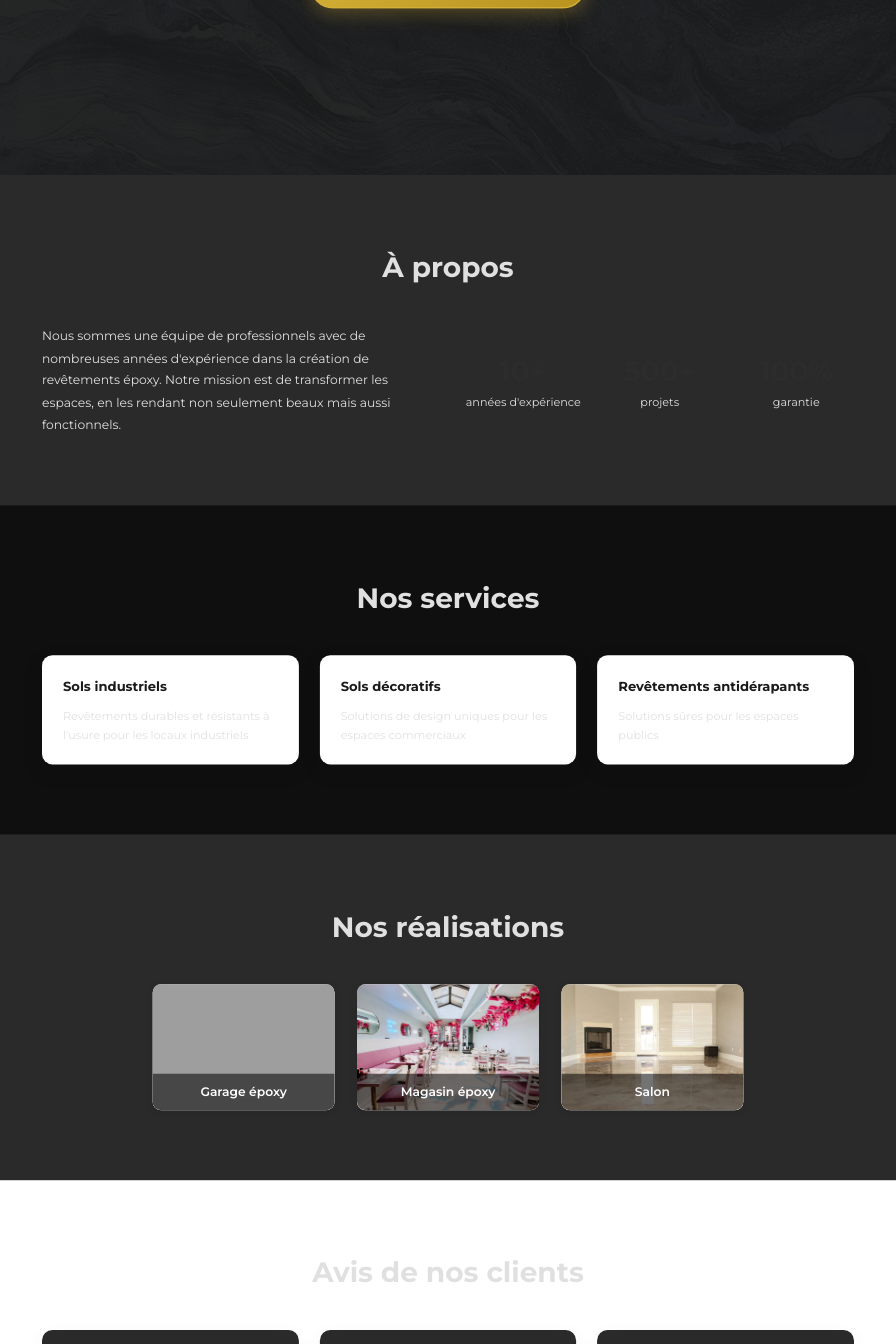
Repository: kerni-ca/kerni-ca
Page: index.html
These files come from the project's save history. The page is drawn as it stood at one moment and after the next save; the edit follows.
The browser window is 1280 px wide. The pictures show the part of the page from y = 470 to 2390 px (the page is 4161 px tall before and 4224 px after), at 70% of full size.
Pictures or frames that could not be fetched are drawn as grey boxes. Backgrounds fixed to the window are drawn as part of the page.

Above is the page before, as saved 2025-07-04 15:34:37.

After the next save:
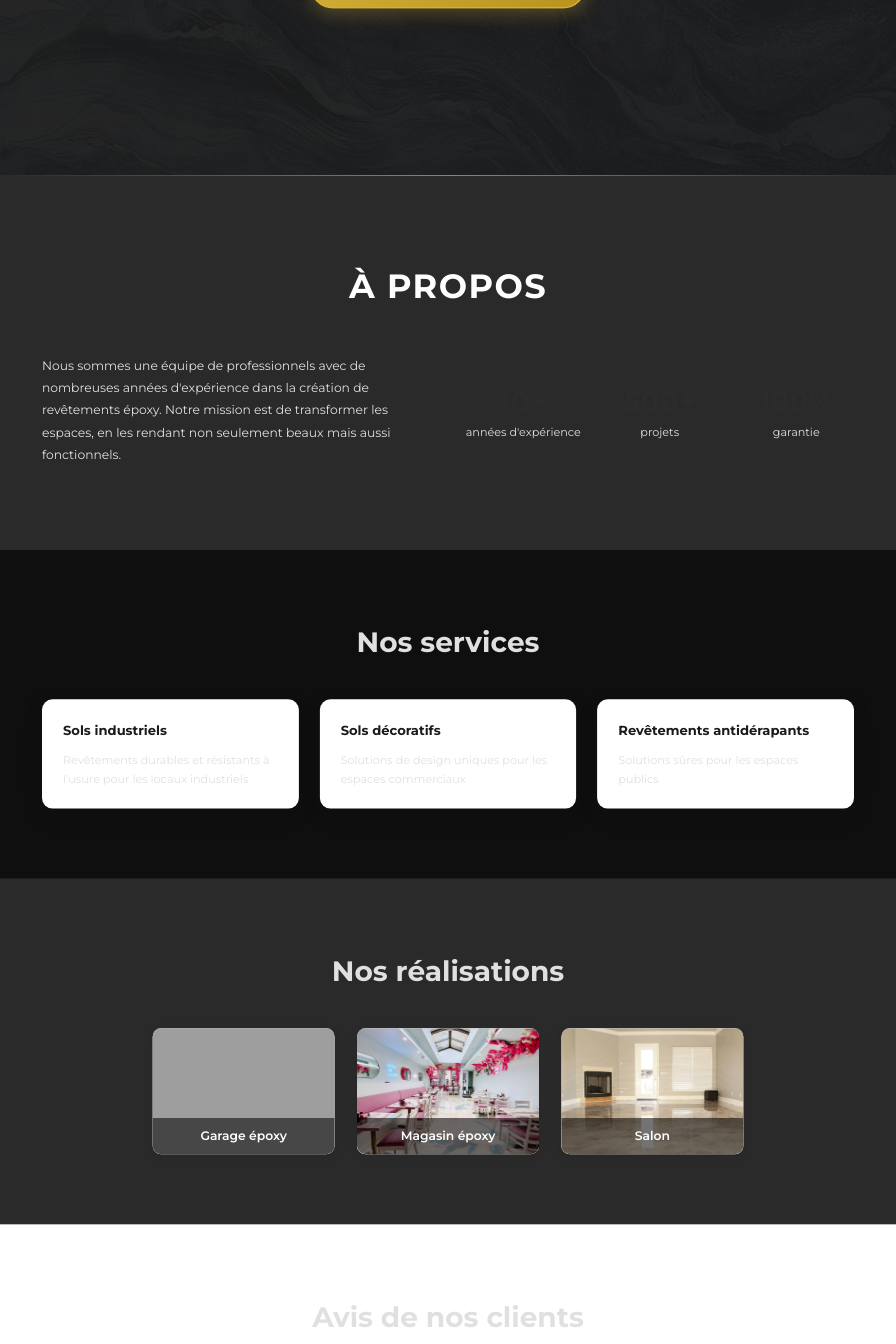
Saved 7 s later.
--- a/styles.css
+++ b/styles.css
@@ -136,14 +136,29 @@ body {
 
 /* About Section */
 .about {
-    padding: 100px 0;
+    padding: 120px 0;
     background: var(--light-bg);
+    position: relative;
+}
+
+.about::before {
+    content: '';
+    position: absolute;
+    top: 0;
+    left: 0;
+    right: 0;
+    height: 1px;
+    background: linear-gradient(90deg, transparent, var(--accent-color), transparent);
 }
 
 .about h2 {
     text-align: center;
-    font-size: 2.5rem;
-    margin-bottom: 50px;
+    font-size: 3rem;
+    margin-bottom: 60px;
+    color: var(--white);
+    font-weight: 700;
+    text-transform: uppercase;
+    letter-spacing: 2px;
 }
 
 .about-content {
